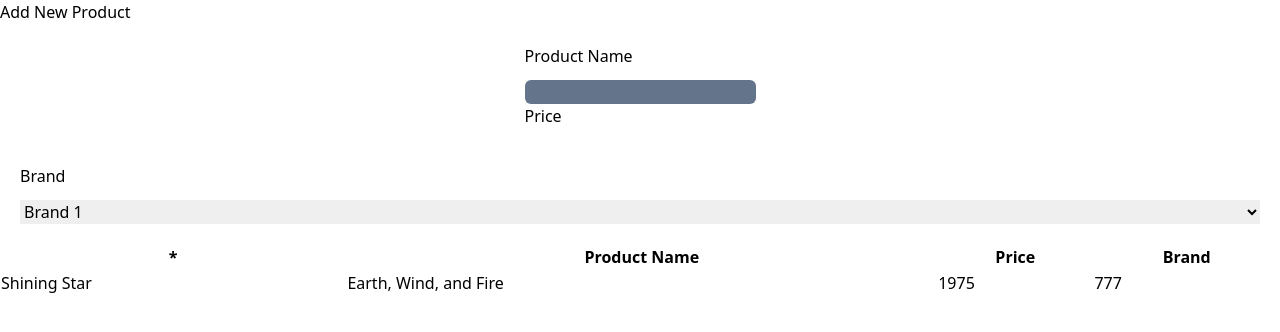
Repository: Semanmernstack/next-13-prisma-crud
Page: /product
The author's editor kept a copy of each file at every save. The page is drawn from the files as they stood at one save, then again after the next save.
The browser window is 1280 px wide. The pictures show the whole page.
The project was rebuilt for these pictures with package versions that can differ from the ones it lists, and the page was loaded fresh each time. The framework's server and built-in components were replaced by stand-ins that run in the browser. Also part of the build but not shown: next.config.js.

Above is the page before, as saved 2023-06-01 00:53:08.

### app/layout.tsx
import './globals.css'
import { Inter } from 'next/font/google'



export const metadata = {
  title: 'Create Next App',
  description: 'Generated by create next app',
}

export default function RootLayout({
  children,
}: {
  children: React.ReactNode
}) {
  return (
    <html lang="en">
      <body className="">{children}</body>
    </html>
  )
}

### app/product/page.tsx
import React from 'react'
import AddPrisma from '../components/AddPrisma'

function page() {
  return (
    <div>
        <AddPrisma/>
        <table className="table w-full items-center">
        <thead>
          <tr className="items-center">
            <th>*</th>
            <th>Product Name</th>
            <th>Price</th>
            <th>Brand</th>
          </tr>
        </thead>
        <tbody>

          <tr>
            <td>Shining Star</td>
            <td>Earth, Wind, and Fire</td>
            <td>1975</td>
            <td>777</td>
          </tr>
        </tbody>
      </table>



    </div>
  )
}

export default page

### app/components/AddPrisma.tsx
"use client"
import React, { useState } from 'react'

function AddPrisma() {
    const [product, setProduct] = useState("");
    const [price, setPrice] = useState("")
    const [brand, setBrand] = useState("")
    const [open, setOpen] = useState(true)

    const handleOpen = () => {
        setOpen(false)
    }
  return (
    <div className=' mx-auto max-w-7xl'>
        <button onClick={handleOpen}>Add New Product</button>
        <form className=" flex flex-col items-center justify-center w-full  decoration-slate-400 p-5 z-50" >
            <div className='flex flex-col space-y-3'>
                <label>Product Name</label>
                <input className='w-full bg-slate-500 rounded-md outline-none' type="text" value={product} onChange={(e) => setProduct(e.target.value)} />
            </div>
            <div className='flex flex-col space-y-3'>
                <label >Price</label>
                <input className='w-ful' type="text" value={price} onChange={(e) => setPrice(e.target.value)} />
            </div>
            <div className='flex flex-col space-y-3 w-full'  >
                <label>Brand</label>
                <select value={brand} onChange={(e) => setBrand(e.target.value)} >
                    <option value="" disabled>Brand 1</option>
                    <option value="">Brand 2</option>
                </select>
            </div>



        </form>
    </div>

  )
}

export default AddPrisma

Loaded but not shown: app/globals.css (common file); tailwind.config.js (common file)

After the next save:
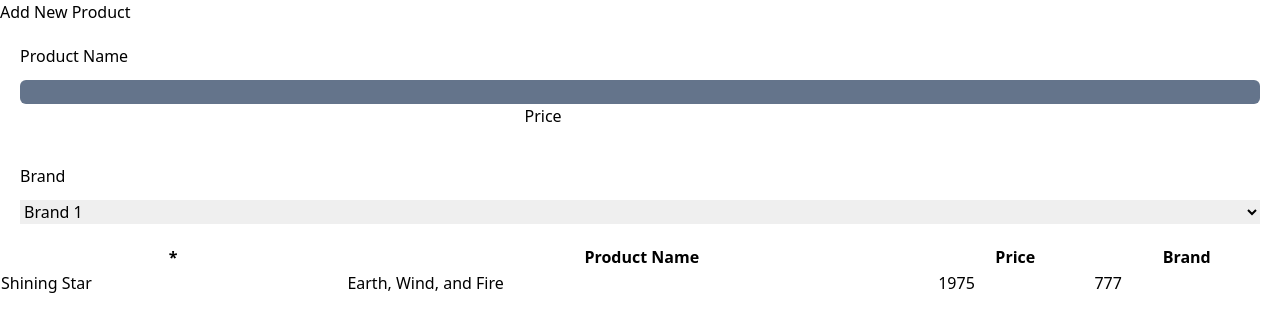
Saved 16 s later.
--- a/app/components/AddPrisma.tsx
+++ b/app/components/AddPrisma.tsx
@@ -13,8 +13,8 @@
   return (
     <div className=' mx-auto max-w-7xl'>
         <button onClick={handleOpen}>Add New Product</button>
-        <form className=" flex flex-col items-center justify-center w-full  decoration-slate-400 p-5 z-50" >
-            <div className='flex flex-col space-y-3'>
+        <form className=" flex flex-col items-center justify-center   decoration-slate-400 p-5 z-50" >
+            <div className='flex flex-col space-y-3 w-full'>
                 <label>Product Name</label>
                 <input className='w-full bg-slate-500 rounded-md outline-none' type="text" value={product} onChange={(e) => setProduct(e.target.value)} />
             </div>
